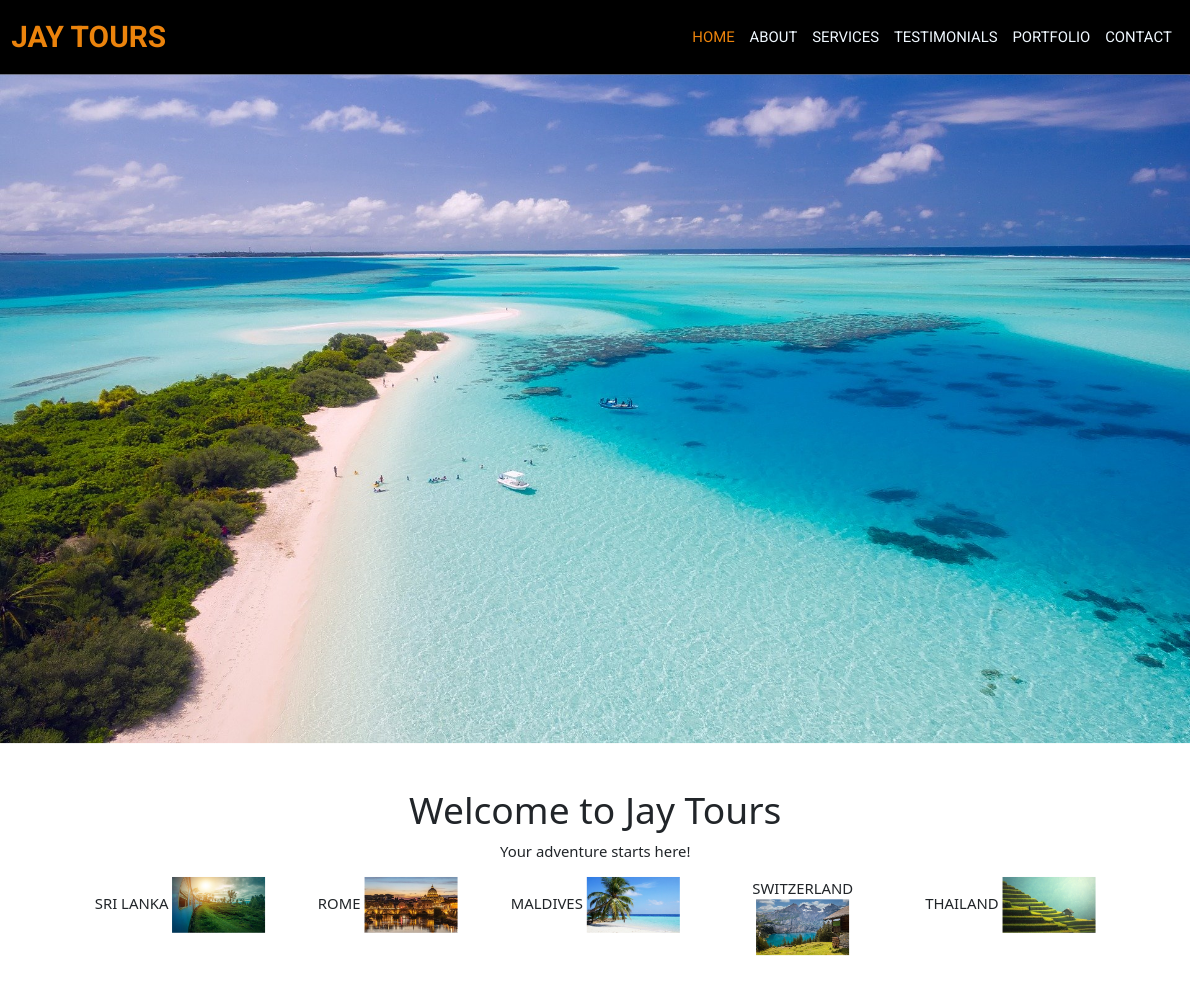
Repository: kasundiudn/Jay-Travel
Page: index.html
These files come from the project's save history. The page is drawn as it stood at one moment and after the next save; the edit follows.
The browser window is 1280 px wide. The pictures show the whole page, at 93% of full size.

Above is the page before, as saved 2025-06-26 10:25:47.

### index.html
<!doctype html>
<html lang="en">
  <head>
    <meta charset="utf-8">
    <meta name="viewport" content="width=device-width, initial-scale=1">
    <title>Bootstrap demo</title>
    <link rel="preconnect" href="https://fonts.googleapis.com">
    <link rel="preconnect" href="https://fonts.gstatic.com" crossorigin>
    <link href="https://fonts.googleapis.com/css2?family=Roboto:ital,wght@0,100..900;1,100..900&display=swap" rel="stylesheet">
    <link href="https://cdn.jsdelivr.net/npm/bootstrap@5.3.7/dist/css/bootstrap.min.css" rel="stylesheet" integrity="sha384-LN+7fdVzj6u52u30Kp6M/trliBMCMKTyK833zpbD+pXdCLuTusPj697FH4R/5mcr" crossorigin="anonymous">
  <style>
    header{  font-family: "Roboto", sans-serif;
           }
    .nav-link{
        color: aliceblue;
    }

  </style>
  </head>
  <body>
<header>
    <nav class="navbar navbar-expand-lg " style="background-color: black; height: 80px;">
  <div class="container-fluid">
    <a class="navbar-brand" href="#" style="color: #eb830c; font-weight: bold;  font-size:xx-large;">JAY TOURS</a>
    <button class="navbar-toggler" type="button" data-bs-toggle="collapse" data-bs-target="#navbarSupportedContent" aria-controls="navbarSupportedContent" aria-expanded="false" aria-label="Toggle navigation">
      <span class="navbar-toggler-icon"></span>
    </button>
    <div class="collapse navbar-collapse justify-content-end" id="navbarSupportedContent">
      <ul class="navbar-nav mb-2 mb-lg-0">
        <li class="nav-item">
          <a class="nav-link active" aria-current="page" href="#" style="color: #eb830c;">HOME</a>
        </li>
        <li class="nav-item">
          <a class="nav-link" href="#">ABOUT</a>
        </li>
         <li class="nav-item">
          <a class="nav-link" href="#">SERVICES</a>
        </li>
         <li class="nav-item">
          <a class="nav-link" href="#">TESTIMONIALS</a>
        </li>
         <li class="nav-item">
          <a class="nav-link" href="#">PORTFOLIO</a>
        </li>
         <li class="nav-item">
          <a class="nav-link" href="#">CONTACT</a>
        </li>
    </div>
  </div>
</nav>
</header>
<img src="main.jpg" alt="Beach image" style="width: 100%; height: auto;">

<div class="container text-center my-5">
  <h1>Welcome to Jay Tours</h1>
  <p>Your adventure starts here!</p>

<div class="container text-center">
  <div class="row">
    <div class="col">
      SRI LANKA
      <img src="Sri Lanka.jpg" alt="SRI LANKA" style="width: 100px; height: 60px;">
    </div>
    <div class="col">
      ROME
      <img src="Rome.jpg" alt="ROME" style="width: 100px; height: 60px;">
    </diV>
    <div class="col">
      MALDIVES
      <img src="Maldives.jpg" alt="MALDIVES" style="width: 100px; height: 60px;">
    </div>
    <div class="col">
      SWITZERLAND
        <img src="Switzerland.jpg" alt="SWITZERLAND" style="width: 100px; height: 60px;">
    </div>
    <div class="col">
      THAILAND
        <img src="Thailand.jpg" alt="THAILAND" style="width: 100px; height: 60px;">
    </div>
  </div>
</div>

    <script src="https://cdn.jsdelivr.net/npm/@popperjs/core@2.11.8/dist/umd/popper.min.js" integrity="sha384-I7E8VVD/ismYTF4hNIPjVp/Zjvgyol6VFvRkX/vR+Vc4jQkC+hVqc2pM8ODewa9r" crossorigin="anonymous"></script>
<script src="https://cdn.jsdelivr.net/npm/bootstrap@5.3.7/dist/js/bootstrap.min.js" integrity="sha384-7qAoOXltbVP82dhxHAUje59V5r2YsVfBafyUDxEdApLPmcdhBPg1DKg1ERo0BZlK" crossorigin="anonymous"></script>
  </body>
</html>

After the next save:
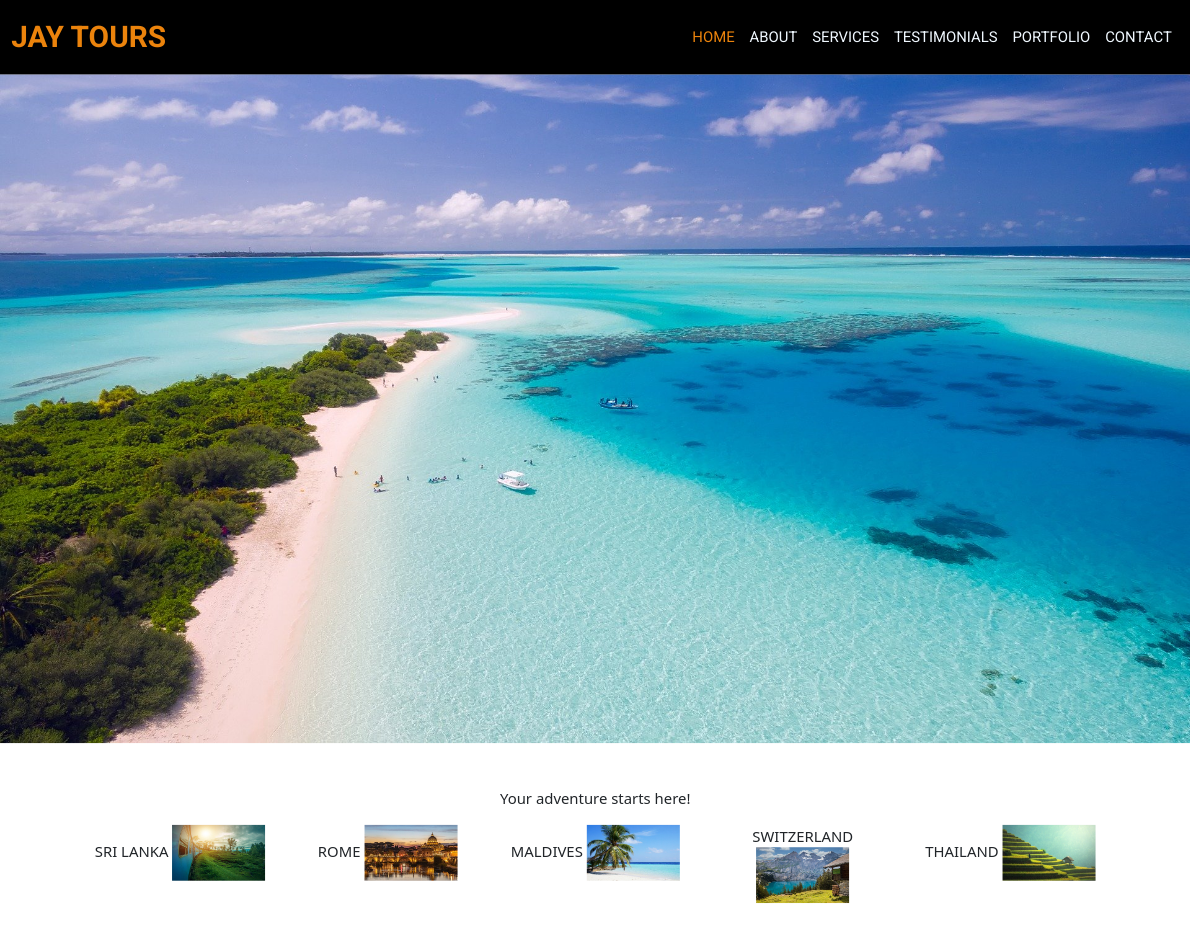
Saved 38 s later.
--- a/index.html
+++ b/index.html
@@ -52,7 +52,7 @@
 <img src="main.jpg" alt="Beach image" style="width: 100%; height: auto;">
 
 <div class="container text-center my-5">
-  <h1>Welcome to Jay Tours</h1>
+  <h1></h1>
   <p>Your adventure starts here!</p>
 
 <div class="container text-center">
